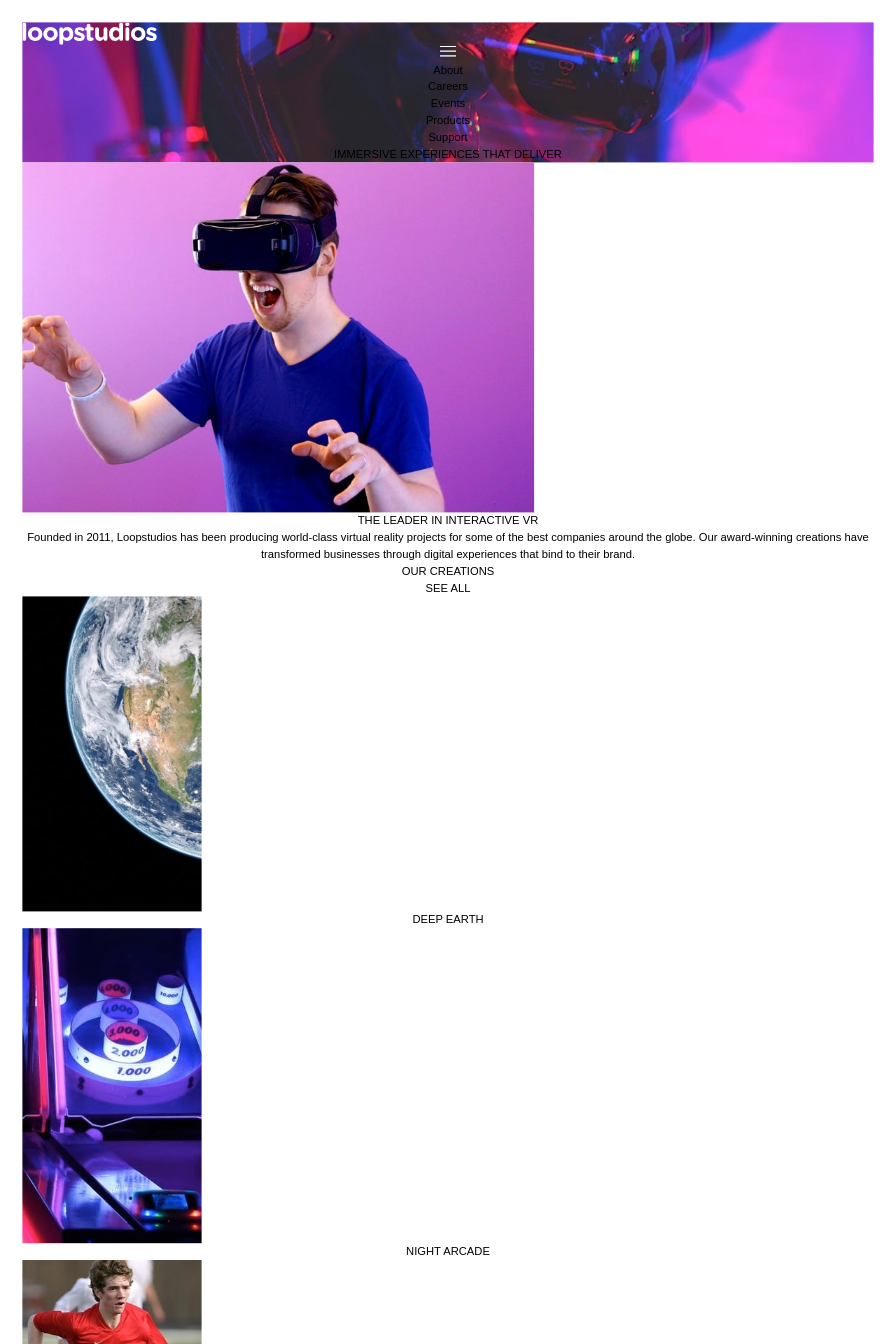
Repository: kellyjohanasalb/worshop-react-router
Page: /
The author's editor kept a copy of each file at every save. The page is drawn from the files as they stood at one save, then again after the next save.
The browser window is 1280 px wide. The pictures show the part of the page from y = 0 to 1920 px (the page is 4876 px tall), at 70% of full size.
Some web libraries are served in a nearby version. The project was rebuilt for these pictures with package versions that can differ from the ones it lists, and the page was loaded fresh each time. Also part of the build but not shown: vite.config.js.

Above is the page before, as saved 2023-09-15 12:34:56.

After the next save:
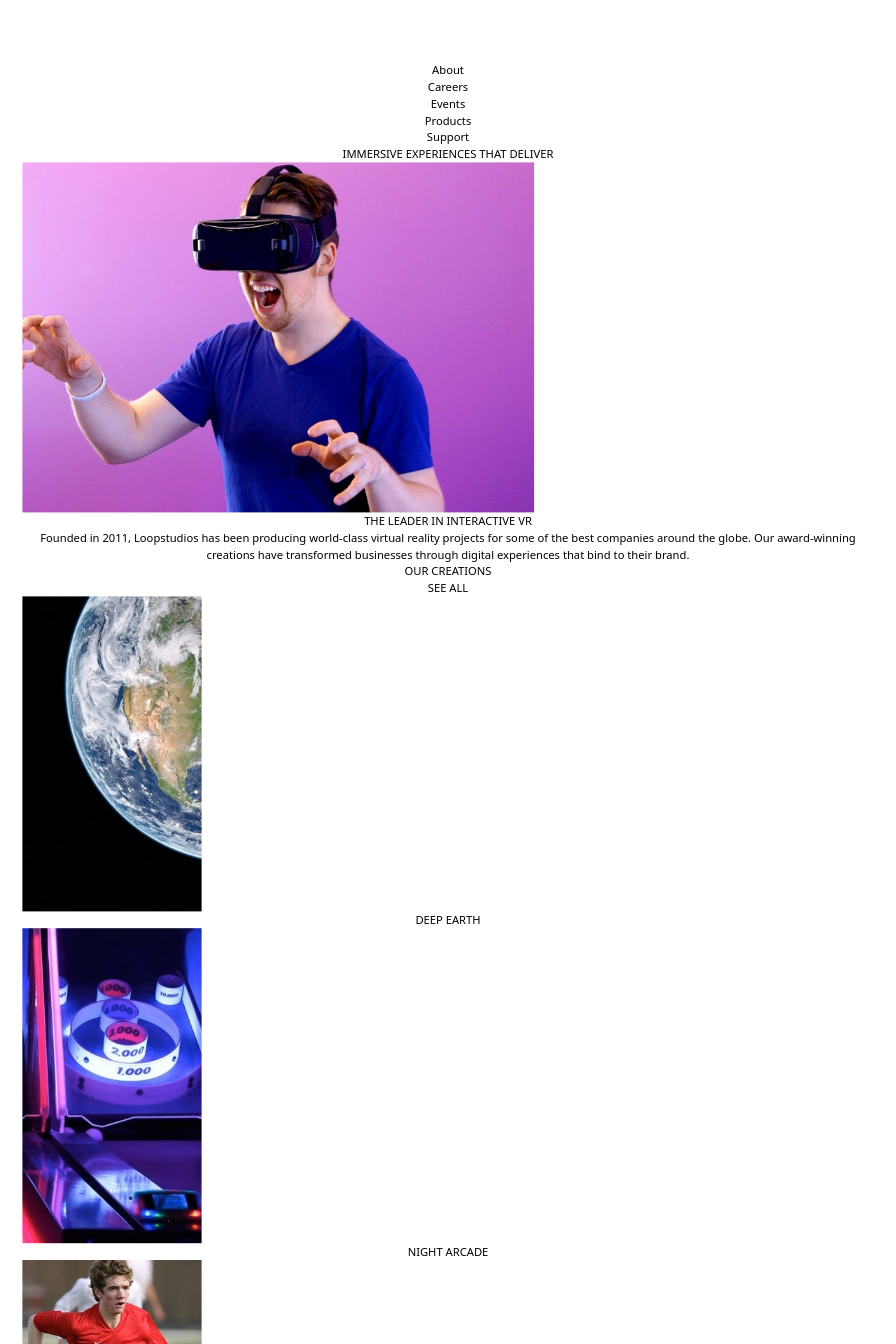
Saved 20 s later.
--- a/tailwind.config.js
+++ b/tailwind.config.js
@@ -1,28 +1,26 @@
 /** @type {import('tailwindcss').Config} */
-module.exports = {
-  content: [
-      "./index.html",
-      "./src/**/*.{js,ts,jsx,tsx}",
-  ],
-  theme: {
+export const content = [
+  "./index.html",
+  "./src/**/*.{js,ts,jsx,tsx}",
+];
+export const theme = {
   fontFamily: {
-      sans: ['Alata', '"Josefin Sans"', 'sans-serif']
+    sans: ['Alata', '"Josefin Sans"', 'sans-serif']
   },
   screens: {
-      sm: '375px',
-      md: '480px',
-      lg: '768px',
-      xl: '967px',
-      xxl: '1440px'
+    sm: '375px',
+    md: '480px',
+    lg: '768px',
+    xl: '967px',
+    xxl: '1440px'
   },
   extend: {
-      colors: {
-          'primary-1': 'hsl(0, 0%, 100%)',
-          'primary-2': 'hsl(0, 0%, 0%)',
-          'primary-3': 'hsl(0, 0%, 55%)',
-          'primary-4': 'hsl(0, 0%, 41%)'
-      }
+    colors: {
+      'primary-1': 'hsl(0, 0%, 100%)',
+      'primary-2': 'hsl(0, 0%, 0%)',
+      'primary-3': 'hsl(0, 0%, 55%)',
+      'primary-4': 'hsl(0, 0%, 41%)'
+    }
   }
-  },
-  plugins: []
-}
+};
+export const plugins = [];

After the save that followed:
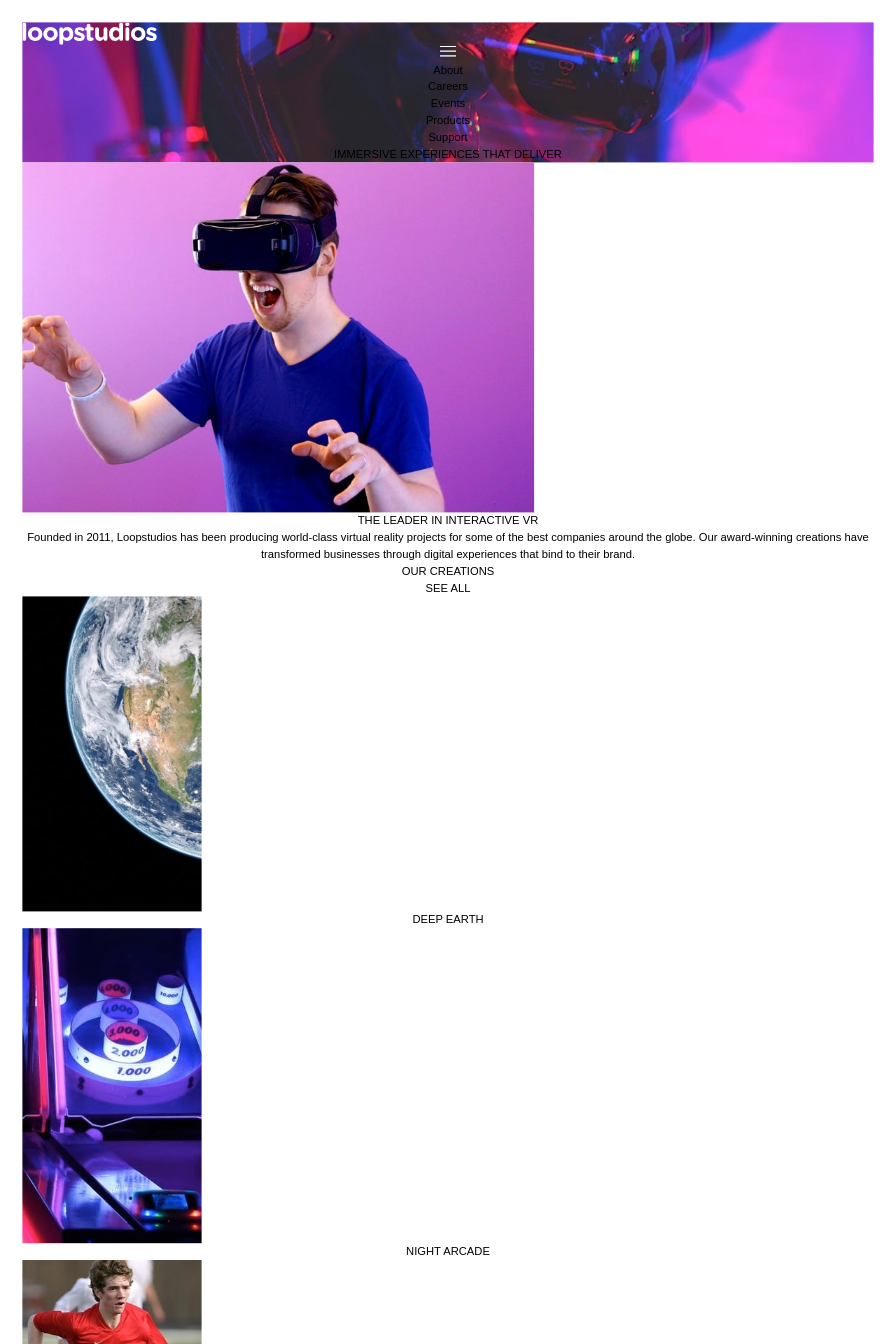
Saved 4 s later.
--- a/tailwind.config.js
+++ b/tailwind.config.js
@@ -1,26 +1,28 @@
 /** @type {import('tailwindcss').Config} */
-export const content = [
-  "./index.html",
-  "./src/**/*.{js,ts,jsx,tsx}",
-];
-export const theme = {
+module.exports = {
+  content: [
+      "./index.html",
+      "./src/**/*.{js,ts,jsx,tsx}",
+  ],
+  theme: {
   fontFamily: {
-    sans: ['Alata', '"Josefin Sans"', 'sans-serif']
+      sans: ['Alata', '"Josefin Sans"', 'sans-serif']
   },
   screens: {
-    sm: '375px',
-    md: '480px',
-    lg: '768px',
-    xl: '967px',
-    xxl: '1440px'
+      sm: '375px',
+      md: '480px',
+      lg: '768px',
+      xl: '967px',
+      xxl: '1440px'
   },
   extend: {
-    colors: {
-      'primary-1': 'hsl(0, 0%, 100%)',
-      'primary-2': 'hsl(0, 0%, 0%)',
-      'primary-3': 'hsl(0, 0%, 55%)',
-      'primary-4': 'hsl(0, 0%, 41%)'
-    }
+      colors: {
+          'primary-1': 'hsl(0, 0%, 100%)',
+          'primary-2': 'hsl(0, 0%, 0%)',
+          'primary-3': 'hsl(0, 0%, 55%)',
+          'primary-4': 'hsl(0, 0%, 41%)'
+      }
   }
-};
-export const plugins = [];
+  },
+  plugins: []
+}
